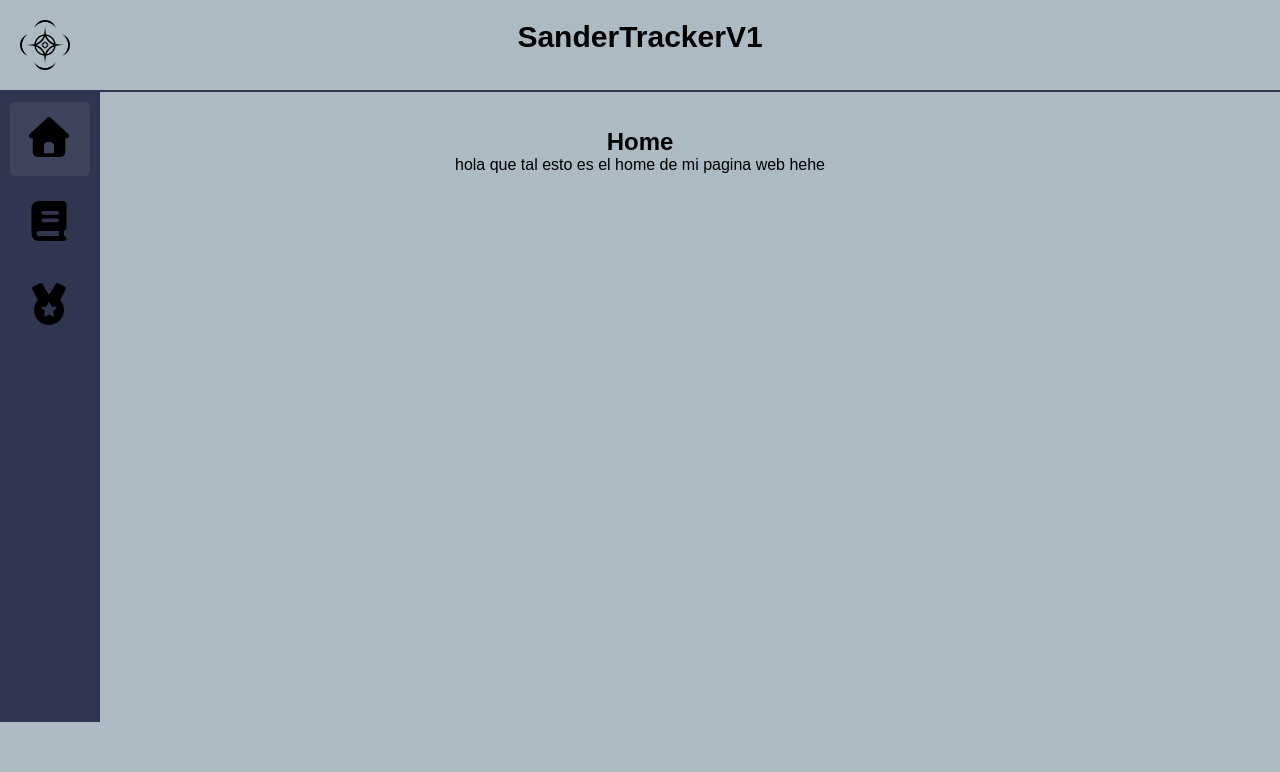
Repository: iocolopus/learn_web
Page: sandertracker_1/index.html
The author's editor kept a copy of each file at every save. The page is drawn from the files as they stood at one save, then again after a run of saves.
The browser window is 1280 px wide. The pictures show the whole page.

Above is the page before, as saved 2026-02-18 20:54:21.

After the next 2 saves:
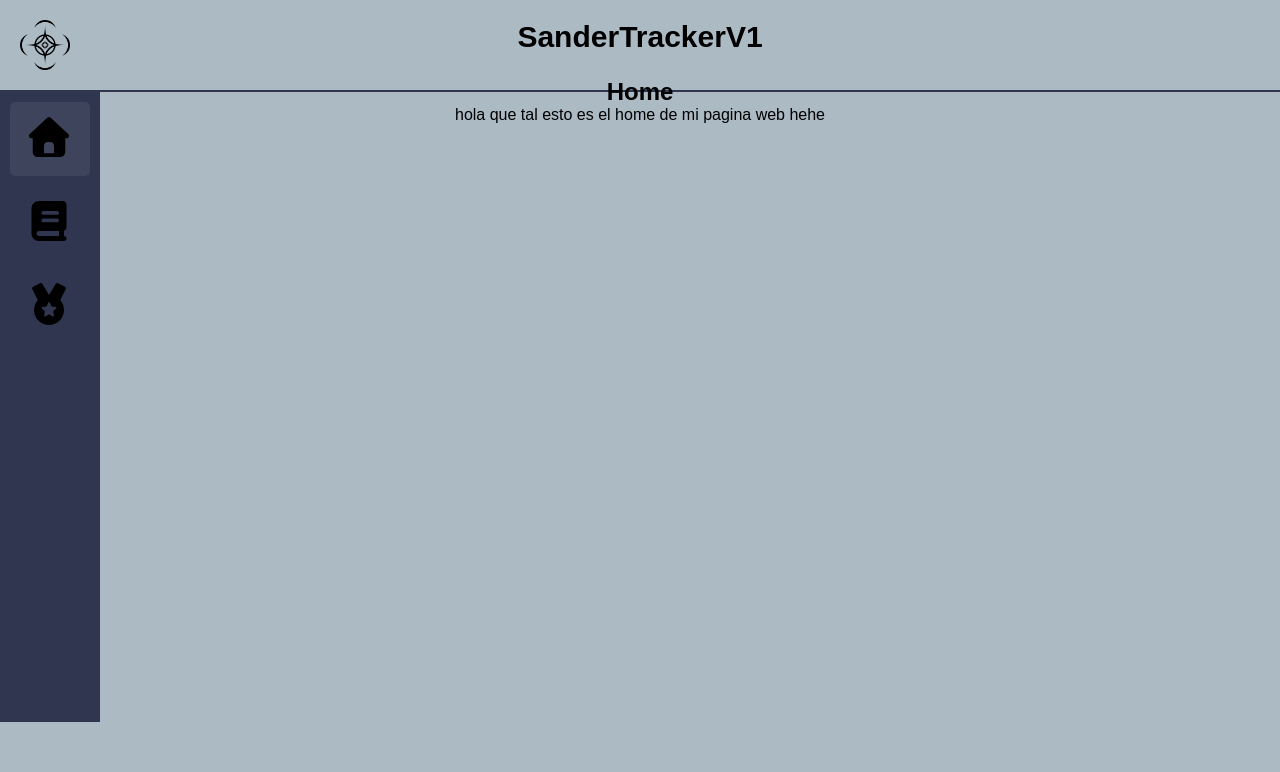
The 2 saves are shown as one change because they came seconds apart.
The last was saved 22 s later.
--- a/sandertracker_1/styles_section.css
+++ b/sandertracker_1/styles_section.css
@@ -5,5 +5,5 @@ section {
 section.inSection {
     text-align: center;
     display: block;
-    transform: translateY(-83vh);
+    transform: translateY(-90vh);
 }
